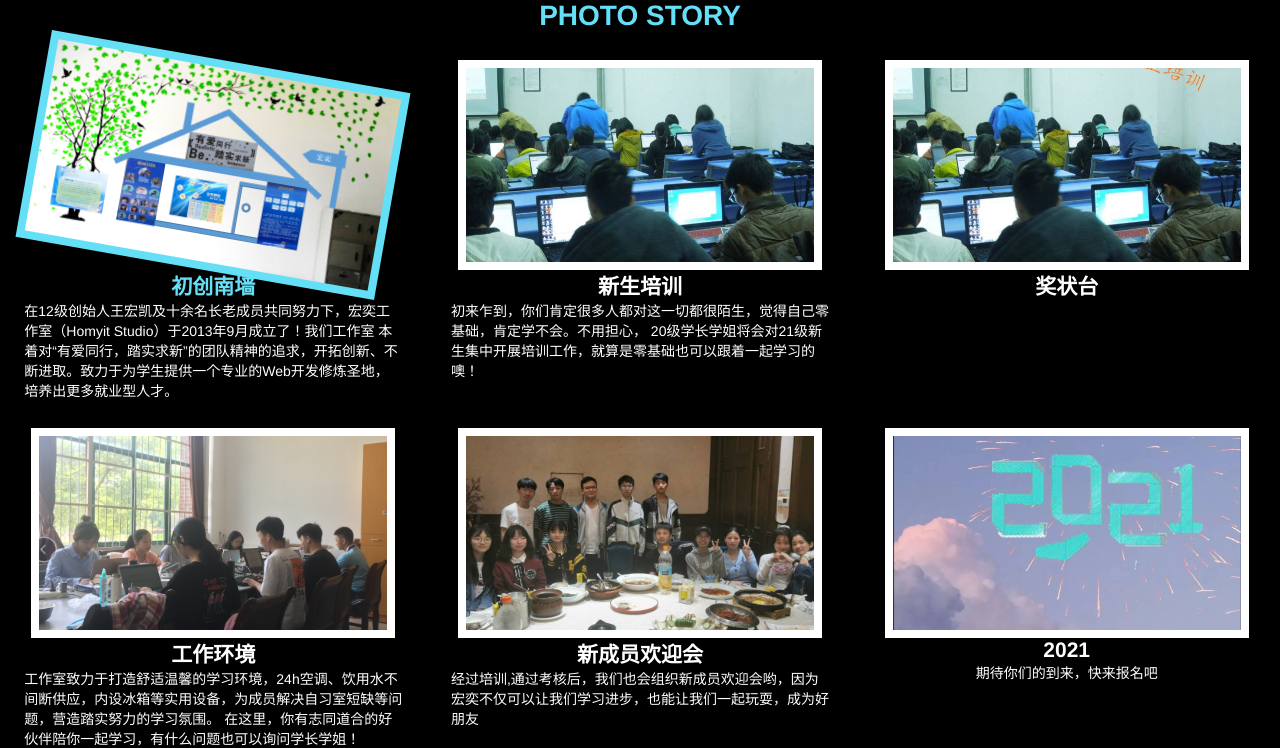
Repository: Homyit20/website
Page: /#/photo
An editor plug-in stored every save of this project. The page is shown before and after the next save, followed by the edit.
The browser window is 1280 px wide. The pictures show the whole page.
The project was rebuilt for these pictures with package versions that can differ from the ones it lists, and the page was loaded fresh each time. Also part of the build but not shown: vue.config.js.

Above is the page before, as saved 2021-08-10 19:38:35.

After the next save:
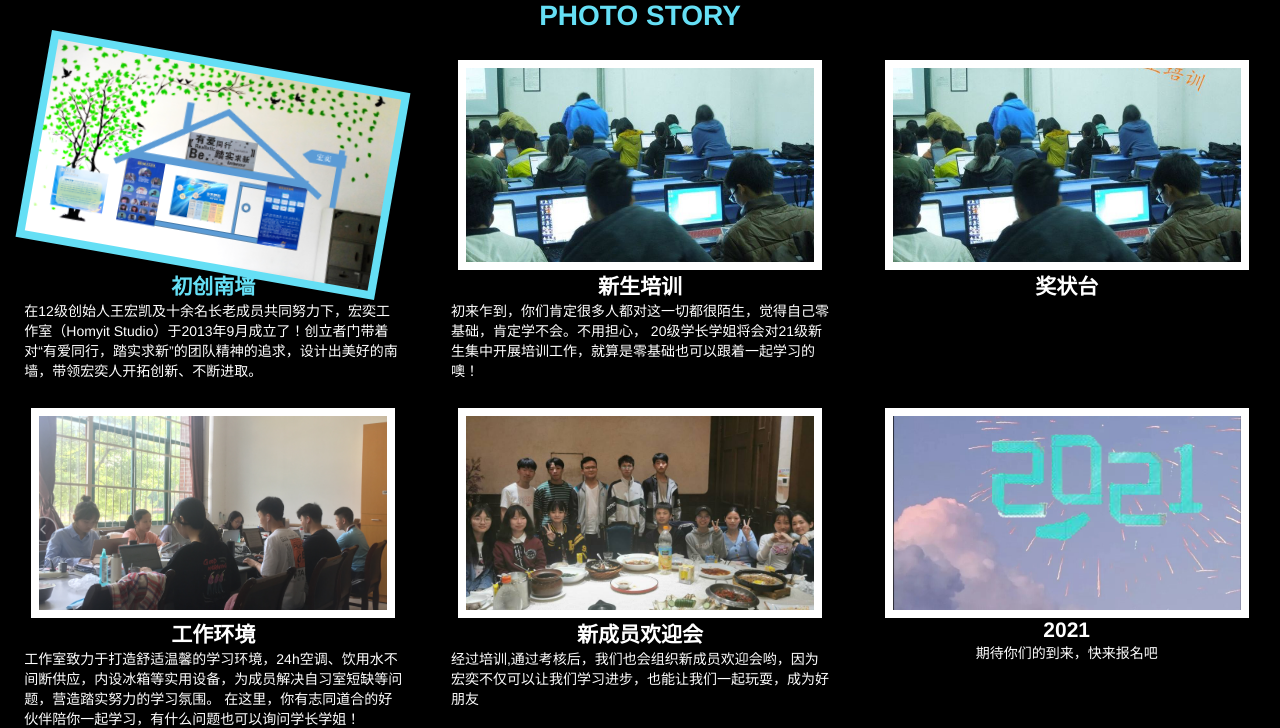
Saved 9 min 11 s later.
--- a/src/views/photo.vue
+++ b/src/views/photo.vue
@@ -5,8 +5,7 @@
       <div class="photo-content-img">
         <img src="../assets/techlogin/images/南墙.png" class="photo-animate-one our-photo" @click="changephoto(0)">
         <h2 class="active-photo">初创南墙</h2>
-        <p>在12级创始人王宏凯及十余名长老成员共同努力下，宏奕工作室（Homyit Studio）于2013年9月成立了！我们工作室
-          本着对“有爱同行，踏实求新”的团队精神的追求，开拓创新、不断进取。致力于为学生提供一个专业的Web开发修炼圣地，培养出更多就业型人才。
+        <p>在12级创始人王宏凯及十余名长老成员共同努力下，宏奕工作室（Homyit Studio）于2013年9月成立了！创立者门带着对“有爱同行，踏实求新”的团队精神的追求，设计出美好的南墙，带领宏奕人开拓创新、不断进取。
         </p>
       </div>
       <div class="photo-content-img">
